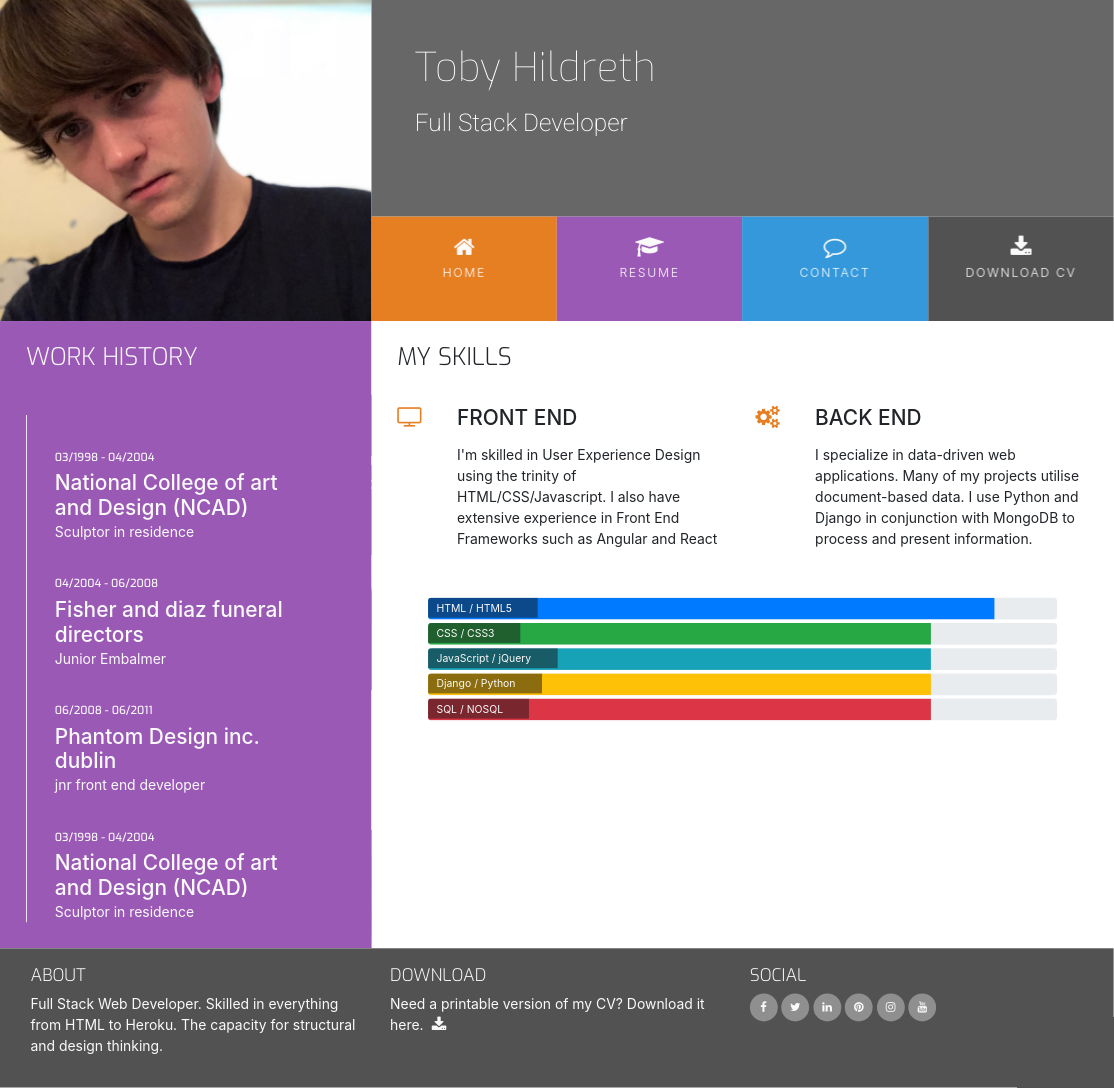
Repository: radioactivetux9/test
Page: resume.html
The author's editor kept a record of every edit. The page is drawn from the files as they stood at one moment, then again after the next edit.
The browser window is 1280 px wide. The pictures show the whole page, at 87% of full size.
Some web libraries are served in a nearby version.

Above is the page before.

### resume.html
<!DOCTYPE html>
<html lang="en">

<head>
    <meta charset="UTF-8">
    <meta name="viewport" content="width=device-width, initial-scale=1.0">
    <meta http-equiv="X-UA-Compatible" content="ie=edge">
    <link rel="stylesheet" href="https://maxcdn.bootstrapcdn.com/bootstrap/4.2.1/css/bootstrap.min.css" type="text/css" />
    <link rel="stylesheet" href="https://maxcdn.bootstrapcdn.com/font-awesome/4.7.0/css/font-awesome.min.css" type="text/css" />
    <link rel="stylesheet" href="https://cdnjs.cloudflare.com/ajax/libs/hover.css/2.1.1/css/hover-min.css" type="text/css" />
    <link rel="stylesheet" href="assets/css/style.css">
    <title>Toby</title>
</head>

<body>
    <header>
        <div class="row no-gutters">
            <a class="col-md-4 logo" href="02-index.html"></a>
            <div class="col-md-8">
                <div class="row no-gutters bg-color-name-title">
                    <div class="col heading">
                        <h1 class="name">Toby Hildreth</h1>
                        <h2 class="title"> Full Stack Developer</h2>
                    </div>
                </div>
                <div class="row no-gutters">
                    <div class="col">
                        <ul id="nav" class="list-inline menucontainer">
                            <li class="col-6 col-sm-3 list-inline-item ui-menu-color-home menuitem">
                                <a href="#" class="hvr-sweep-to-bottom"><i class="fa fa-home" aria-hidden="true"></i><span>Home</span></a>
                            </li>
                            <li class="col-6 col-sm-3 list-inline-item ui-menu-color-resume menuitem">
                                <a href="/resume.html" class="hvr-sweep-to-bottom"><i class="fa fa-graduation-cap" aria-hidden="true"></i><span>Resume</span></a>
                            </li>
                            <li class="col-6 col-sm-3 list-inline-item ui-menu-color-contact menuitem">
                                <a href="#" class="hvr-sweep-to-bottom"><i class="fa fa-comment-o" aria-hidden="true"></i><span>Contact</span></a>
                            </li>
                            <li class="col-6 col-sm-3 list-inline-item ui-menu-color-download menuitem">
                                <a href="#" class="hvr-sweep-to-bottom"><i class="fa fa-download" aria-hidden="true"></i><span>Download CV</span></a>
                            </li>
                        </ul>
                    </div>
                </div>
            </div>
        </div>
    </header>
    <section class="container-fluid">
        <div class="row">
            <div class="col-md-4 bg-color-work-history section-column">
                <div class="row">
                    <div class="col-12">
                        <h3 class="history-heading uppercase">
                            Work History
                        </h3>
                    </div>
                </div>
                <div class="timeline-item" data-dates="03/1998 - 04/2004">
                    <h4>National College of art and Design (NCAD)</h4>
                    <p>Sculptor in residence</p>
                </div>
                <div class="timeline-item" data-dates="04/2004 - 06/2008">
                    <h4>Fisher and diaz funeral directors</h4>
                    <p>Junior Embalmer</p>
                </div>
                <div class="timeline-item" data-dates="06/2008 - 06/2011">
                    <h4>Phantom Design inc. dublin</h4>
                    <p>jnr front end developer</p>
                </div>
                <div class="timeline-item" data-dates="03/1998 - 04/2004">
                    <h4>National College of art and Design (NCAD)</h4>
                    <p>Sculptor in residence</p>
                </div>
            </div>
            <div class="col-md-8 bg-color-three-reasons section-column">
                <div class="row">
                    <div class="col">
                        <h3 class="section-heading uppercase">My Skills</h3>
                    </div>
                </div>
                <div class="row">
                    <div class="col-10 offset-1 offset-sm-0 col-sm-4 col-md-6">
                        <div class="row">
                            <div class="col-2">
                                <i class="three-reasons-icon fa fa-tv" aria-hidden="true"></i>
                            </div>
                            <div class="col-10">
                                <h4 class="three-reasons-heading uppercase">Front End</h4>
                                <p>
                                    I'm skilled in User Experience Design using the trinity of HTML/CSS/Javascript. I also have extensive experience in Front End Frameworks such as Angular and React
                                </p>
                            </div>
                        </div>
                    </div>
                    <div class="col-10 offset-1 offset-sm-0 col-sm-4 col-md-6">
                        <div class="row">
                            <div class="col-2">
                                <i class="three-reasons-icon fa fa-gears" aria-hidden="true"></i>
                            </div>
                            <div class="col-10">
                                <h4 class="three-reasons-heading uppercase">Back End</h4>
                                <p>
                                    I specialize in data-driven web applications. Many of my projects utilise document-based data. I use Python and Django in conjunction with MongoDB to process and present information.
                                </p>
                            </div>
                        </div>
                    </div>
                </div>
                <div class="row progress-section">
                    <div class="col">
                        <div class="progress">
                            <div class="progress-bar" role="progressbar" aria-valuenow="90" aria-valuemin="0" ara=ia-valuemax="100" style="width:90%;">
                                <span class="sr-only">90% Complete</span>
                            </div>
                            <span class="progress-type">HTML / HTML5</span>
                        </div>
                        <div class="progress">
                            <div class="progress-bar bg-success" role="progressbar" aria-valuenow="80" aria-valuemin="0" ara=ia-valuemax="100" style="width:80%;">
                                <span class="sr-only">80% Complete</span>
                            </div>
                            <span class="progress-type">CSS / CSS3</span>
                        </div>
                        <div class="progress">
                            <div class="progress-bar bg-info" role="progressbar" aria-valuenow="70" aria-valuemin="0" ara=ia-valuemax="100" style="width:80%;">
                                <span class="sr-only">70% Complete</span>
                            </div>
                            <span class="progress-type">JavaScript / jQuery</span>
                        </div>
                        <div class="progress">
                            <div class="progress-bar bg-warning" role="progressbar" aria-valuenow="80" aria-valuemin="0" ara=ia-valuemax="100" style="width:80%;">
                                <span class="sr-only">80% Complete</span>
                            </div>
                            <span class="progress-type">Django / Python</span>
                        </div>
                        <div class="progress">
                            <div class="progress-bar bg-danger" role="progressbar" aria-valuenow="80" aria-valuemin="0" ara=ia-valuemax="100" style="width:80%;">
                                <span class="sr-only">80% Complete</span>
                            </div>
                            <span class="progress-type">SQL / NOSQL</span>
                        </div>

                    </div>
                </div>
            </div>
        </div>

    </section>
    <footer class="container-fluid">
        <div id="footer-details" class="row">
            <div class="col-sm-4">
                <h5 class="uppercase general-sub">About</h5>
                <p class="inline-block">
                    Full Stack Web Developer. Skilled in everything from HTML to Heroku. The capacity for structural and design thinking.
                </p>
            </div>
            <div class="col-sm-4">
                <h5 class="uppercase general-sub">Download</h5>
                <p class="inline-block">
                    Need a printable version of my CV? Download it here.
                    <a href="#" target="_blank" class="cv-pdf">
                        <i class="fa fa-download" aria-hidden="true"></i>
                        <span class="sr-only">Download link.</span>
                    </a>
                </p>
            </div>
            <div class="col-sm-4">
                <h5 class="uppercase general-sub">Social</h5>
                <ul class="list-inline social-links">
                    <li class="list-inline-item">
                        <a target="_blank" href="#">
                            <i class="fa fa-facebook" aria-hidden="true"></i>
                            <span class="sr-only">Facebook</span>
                        </a>
                    </li>
                    <li class="list-inline-item">
                        <a target="_blank" href="#">
                            <i class="fa fa-twitter" aria-hidden="true"></i>
                            <span class="sr-only">Twitter</span>
                        </a>
                    </li>
                    <li class="list-inline-item">
                        <a target="_blank" href="#">
                            <i class="fa fa-linkedin" aria-hidden="true"></i>
                            <span class="sr-only">LinkedIn</span>
                        </a>
                    </li>
                    <li class="list-inline-item">
                        <a target="_blank" href="#">
                            <i class="fa fa-pinterest" aria-hidden="true"></i>
                            <span class="sr-only">Pinterest</span>
                        </a>
                    </li>
                    <li class="list-inline-item">
                        <a target="_blank" href="#">
                            <i class="fa fa-instagram" aria-hidden="true"></i>
                            <span class="sr-only">Instagram</span>
                        </a>
                    </li>
                    <li class="list-inline-item">
                        <a target="_blank" href="#">
                            <i class="fa fa-youtube" aria-hidden="true"></i>
                            <span class="sr-only">YouTube</span>
                        </a>
                    </li>
                </ul>
            </div>
        </div>
    </footer>
</body>

</html>

### assets/css/style.css
@import url('https://fonts.googleapis.com/css?family=Roboto:100,200,300,400,500,600,700|Exo:100,200,300,400,500,600,700');

/*--------------------------------------------Colors*/

.bg-color-name-title {
    background-color: #676767;
}

.bg-color-three-reasons {
    background-color: #fff;
}

.bg-color-personal-info {
    background-color: #f4f4f4;
}

.ui-menu-color-home {
    background-color: #e67e22;
}

.ui-menu-color-resume {
    background-color: #9b59b6;
}

.ui-menu-color-contact {
    background-color: #3498db;
}

.ui-menu-color-download {
    background-color: #525252;
}

.row-table {
    display: table;
}

.section-column {
    display: table-cell;
    padding: 0 30px 30px;
    float: none;
}


.history-heading,
.section-heading {
    font-family: "Exo", sans-serif;
    font-weight: 300;
    margin-top: 25px;
    margin-bottom: 40px;
}



.bg-color-work-history {
    background-color: #9b59b6;
}

/* ----------------------------------------Special paddings/margins/text */

h1,
h2,
h3,
h4 {
    margin: 0;
}

.uppercase {
    text-transform: uppercase;
}

.general-sub {
    font-family: "Exo", sans-serif;
    font-weight: 300;
    color: #fafafa;
}

.inline-block {
    display: inline-block;
}

/*--------------------------------------------Heading*/

header {
    margin: 0;
}

.heading {
    margin-left: 50px;
}

.logo {
    background: url("/assets/images/UNADJUSTEDNONRAW_thumb_15f.jpg");
    background-position: center;
    background-repeat: no-repeat;
    background-size: cover;
    min-height: 360px;
    transition: all .5s ease-in-out;
    -moz-transition: all .5s ease-in-out;
    -webkit-transition: all .5s ease-in-out;
}

.name {
    font-family: "Exo", sans-serif;
    font-weight: 100;
    font-size: 46px;
    margin-top: 50px;
    color: #fff;
}

.title {
    font-family: "Roboto", sans-serif;
    font-weight: 200;
    font-size: 28px;
    margin-top: 20px;
    margin-bottom: 90px;
    color: #fff;
}

.list-inline-item:not(:last-child) {
    margin: 0;
}

.menucontainer {
    font-size: 0;
}

#nav li {
    font-size: 14px;
    padding: 0;
}

#nav {
    margin: 0;
}

.menuitem {
    height: 120px;
    text-align: center;
    padding: 0;
}

.menuitem a {
    width: 100%;
    text-decoration: none;
    color: #fff;
    height: 120px;
}

.menuitem a i {
    padding-top: 22px;
    display: block;
    color: #fafafa;
    font-size: 26px;
}

.menuitem span {
    display: block;
    width: 100%;
    padding-top: 5px;
    text-align: center;
    text-transform: uppercase;
    font-size: 14px;
    font-weight: 300;
    letter-spacing: 2px;
}

/*--------------------------------------------Hover.css*/

.hvr-sweep-to-bottom:before {
    background: rgba(0, 0, 0, 0.2);
    height: 120px;
}

/* ----------------------------------------Footer */

footer {
    background-color: #525252;
    color: #fafafa;
    min-height: 120px;
    margin: 0;
}

.cv-pdf i {
    font-size: 18px;
    color: #fafafa;
    text-align: center;
    padding-left: 5px;
    transition: all 0.35s ease-in-out;
    -moz-transition: all 0.35s ease-in-out;
    -webkit-transition: all 0.35s ease-in-out;
    -o-transition: all 0.35s ease-in-out;
}

.cv-pdf i:hover {
    color: #e84610;
}

.social-links {
    padding-bottom: 15px;
}

.social-links li a i {
    width: 32px;
    height: 32px;
    padding: 12px 0;
    border-radius: 50%;
    font-size: 13px;
    line-height: 7px;
    text-align: center;
    color: #fafafa;
    background: #8f8f8f;
    transition: all 0.35s ease-in-out;
    -moz-transition: all 0.35s ease-in-out;
    -webkit-transition: all 0.35s ease-in-out;
    -o-transition: all 0.35s ease-in-out;
}

.social-links li a i:hover {
    background: #e84610;
}

#footer-details {
    padding: 20px;
}

/* ----------------------------------------Three Reasons */

.three-reasons-icon {
    font-size: 26px;
    color: #e67e22;
}

.three-reasons-heading {
    margin-bottom: 15px;
}

/* ----------------------------------------personal info*/

.personal-info-item {
    margin-bottom: 20px;
    display: block;
    clear: both;
}

.personal-info-item .key,
.personal-info-item .value {
    padding-right: 8px;
    display: inline-block;

}

.personal-info-item .key p,
.personal-info-item .value p {
    margin: 0;
}

.personal-info-item .key {
    width: 30%;
    margin-right: 21px;
    padding-top: 2px;
    vertical-align: top;
}

.personal-info-item .key p {
    font-weight: 700;

}

.personal-info-item .value {
    width: 60%;
    position: relative;

}


/*--------------------------------------------SKills*/

.progress {
    position: relative;
    height: 25px;
    margin-bottom: 4px;

}

.progress-type {
    position: absolute;
    left: 0px;
    font-weight: 400;
    padding: 3px 30px 2px 10px;
    color: #fafafa;
    background-color: rgba(25, 25, 25, 0.5)
}

.progress-section {
    margin: 40px 20px;
}

/*--------------------------------------------work history*/

.history-heading {

    color: #fafafa;
    margin-bottom: 50px;
}

.timeline-item{
    padding: 4em 2em 0em 2em;
    position: relative;
    color: #fafafa;
    border-left: 1px solid;
}

.timeline-item p {
    padding: 0;
    margin: 0;
}

.timeline-item:before{
    content: attr(data-dates);
    position: absolute;
    left: 2.5em;
    top: 3em;
    display: block;
    font-family: "Exo", sans-serif;
    font-weight: 500;
    font-size: 0.8em;
    padding: 0;
    margin: 0;
}

..timeline-item:after{
    width: 12px;
    height: 12px;
    display: block;
    top: 2.4em;
    position: absolute;
    left: -6px;
    border-radius: 12px;
    content: '';
    background: #fafafa;
}

After the next edit:
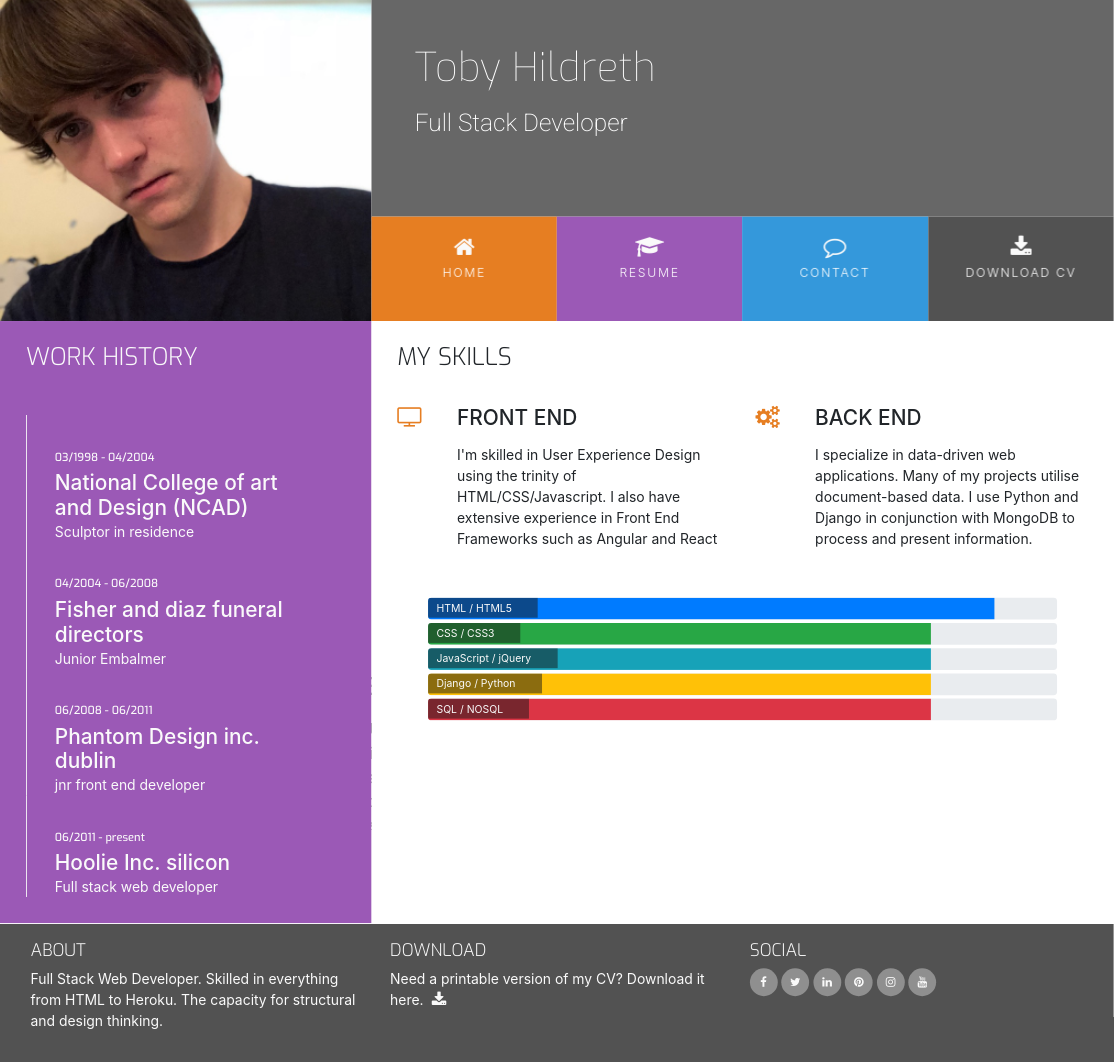
The edit:
--- a/resume.html
+++ b/resume.html
@@ -66,9 +66,9 @@
                     <h4>Phantom Design inc. dublin</h4>
                     <p>jnr front end developer</p>
                 </div>
-                <div class="timeline-item" data-dates="03/1998 - 04/2004">
-                    <h4>National College of art and Design (NCAD)</h4>
-                    <p>Sculptor in residence</p>
+                <div class="timeline-item" data-dates="06/2011 - present">
+                    <h4>Hoolie Inc. silicon</h4>
+                    <p>Full stack web developer</p>
                 </div>
             </div>
             <div class="col-md-8 bg-color-three-reasons section-column">
